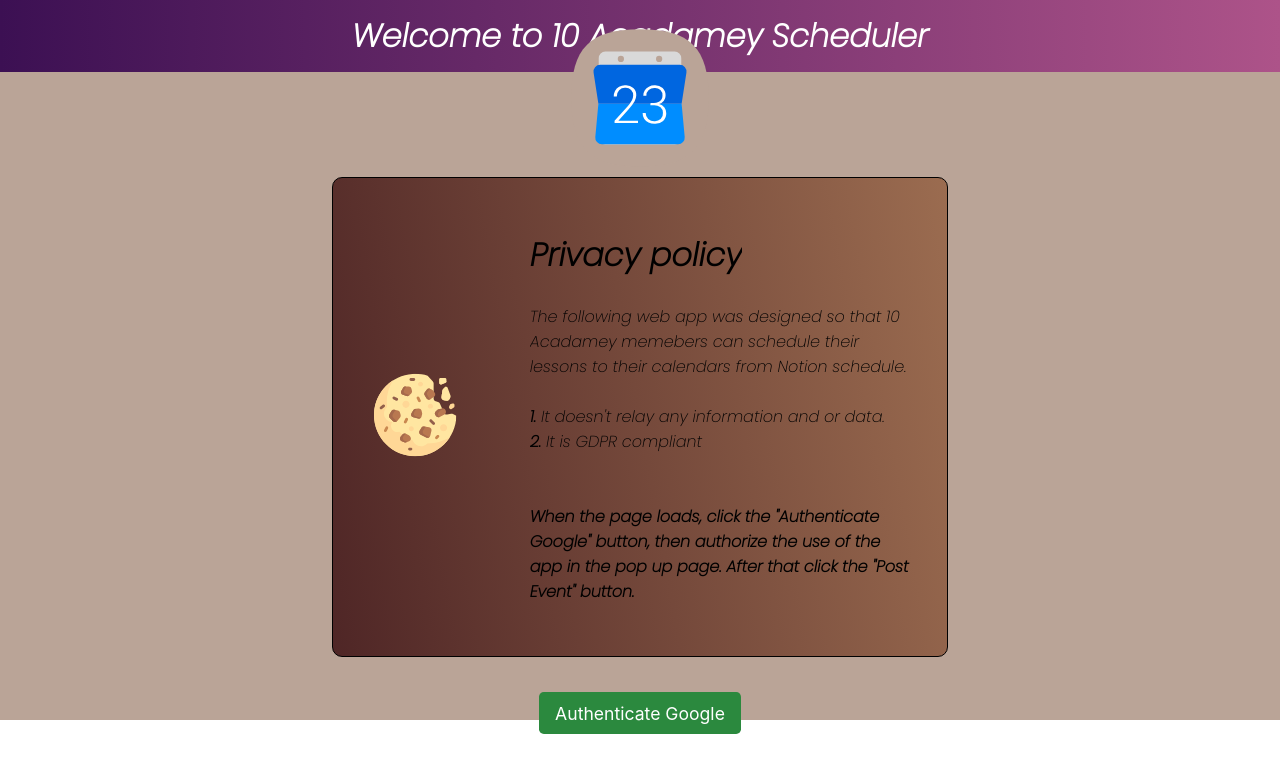
Repository: nebilarega/calendar-extractor
Page: / (app in frontend/)
The author's editor kept a copy of each file at every save. The page is drawn from the files as they stood at one save, then again after the next save.
The browser window is 1280 px wide. The pictures show the whole page.
The project was rebuilt for these pictures with package versions that can differ from the ones it lists, and the page was loaded fresh each time.

Above is the page before, as saved 2022-08-25 00:43:44.

After the next save:
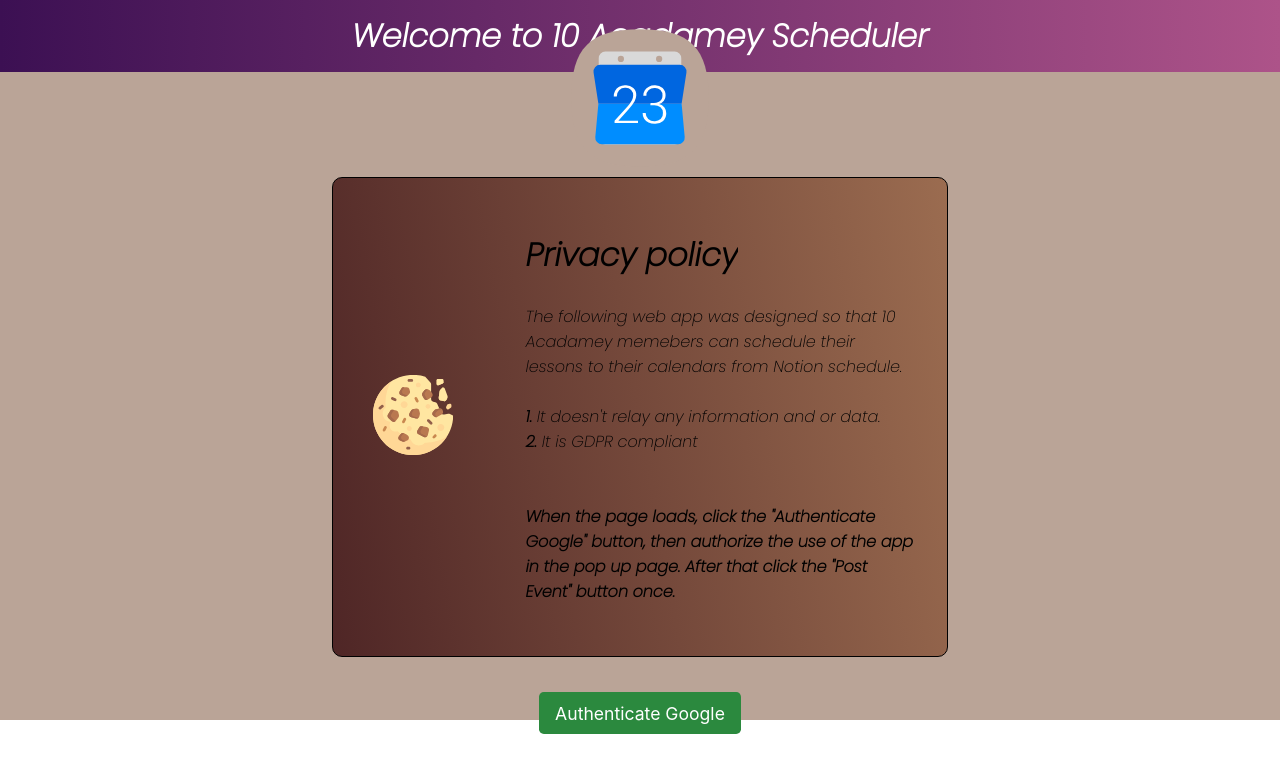
Saved 21 s later.
--- a/frontend/src/component/LandingPage.js
+++ b/frontend/src/component/LandingPage.js
@@ -271,7 +271,7 @@
                 <b>
                   When the page loads, click the "Authenticate Google" button,
                   then authorize the use of the app in the pop up page. After
-                  that click the "Post Event" button.
+                  that click the "Post Event" button once.
                 </b>
               </p>
             </div>
